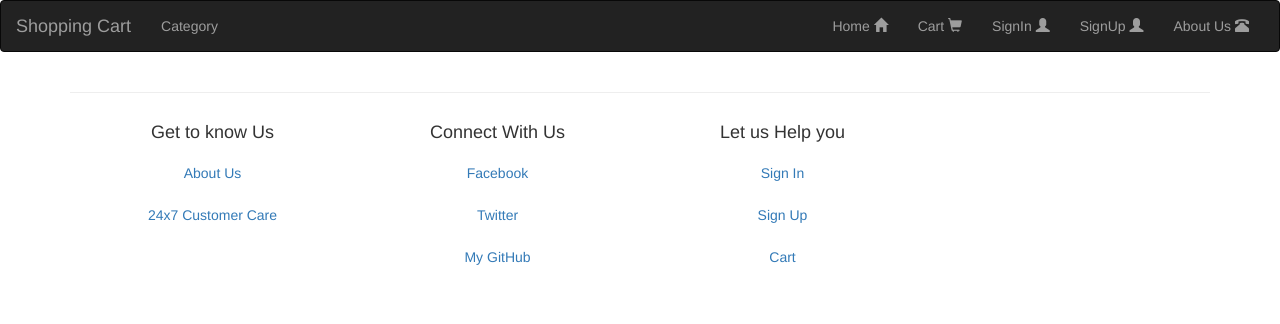
Repository: KaustubhKamat/ShoppingCartProject
Page: http://localhost/NewShoppingCart/WEB-INF/views/Home.jsp
These files come from the project's save history. The page is drawn as it stood at one moment and after the next save; the edit follows.
The browser window is 1280 px wide. The pictures show the whole page.
Some web libraries are served in a nearby version. The page is served by Tomcat 9. Nobody is signed in. Other server files are loaded and not shown. The template is opened directly, without the code that normally fills it, so the values that code supplies are empty.

Above is the page before, as saved 2017-01-16 08:37:14.

### NewShoppingCart/src/main/webapp/WEB-INF/views/Home.jsp
<%@ page language="java" contentType="text/html; charset=ISO-8859-1"
	pageEncoding="ISO-8859-1"%>
<%@ taglib uri="http://java.sun.com/jsp/jstl/core" prefix="c"%>

<!DOCTYPE html PUBLIC "-//W3C//DTD HTML 4.01 Transitional//EN" "http://www.w3.org/TR/html4/loose.dtd">
<html>
<head>
<link rel="stylesheet"
	href="https://maxcdn.bootstrapcdn.com/bootstrap/3.3.7/css/bootstrap.min.css">
<script
	src="https://ajax.googleapis.com/ajax/libs/jquery/3.1.1/jquery.min.js"></script>
<script
	src="https://maxcdn.bootstrapcdn.com/bootstrap/3.3.7/js/bootstrap.min.js"></script>

<style>
body {
	font-family: sans-serif;
	font-size: medium;
	background-color: white;
}

.navbar-default {
	background-color: #F75D59;
}

h4 {
	font-family: sans-serif;
	font-size: medium;
	font-weight: bold;
}
</style>
</head>
<body>



	<jsp:include page="NavBar.jsp"></jsp:include>

	<c:if test="${carousaltobedisplayed==true}">
		<jsp:include page="Carousel.jsp"></jsp:include>
	</c:if>


	<c:if test="${UserHasClickedLogin==true}">
		<jsp:include page="Login.jsp"></jsp:include>
	</c:if>

	<c:if test="${UserhasclickedLogout==true}">
		<jsp:include page="Home.jsp"></jsp:include>
	</c:if>

	<c:if test="${UserhasclickedAboutUs==true}">
		<jsp:include page="AboutUs.jsp"></jsp:include>
	</c:if>

	<c:if test="${UserHasClickedRegister==true}">
		<jsp:include page="Registration.jsp"></jsp:include>
	</c:if>

	<c:if test="${isAdmin==true}">
		<jsp:include page="Admin_home.jsp"></jsp:include>
	</c:if>


	<c:if test="${validate}">
	</c:if>
	${ErrorMessage}

	<c:if test="${ not empty ErrorMessage}">
		<jsp:include page="Registration.jsp"></jsp:include>
	</c:if>

	<!-- Categories Related -->

	<c:if test="${adminHasClickedManageCategories==true}">
		<jsp:include page="ManageCategory.jsp"></jsp:include>
	</c:if>

	<c:if test="${AdminHasClickedAddCategory==true}">
		<jsp:include page="AddCategory.jsp"></jsp:include>
	</c:if>

	<c:choose>
	<c:when test="${SuccessSaveMessage}">
	The Category is Successfully Created
	</c:when>


	</c:choose>


	<c:if test="${AdminHasClickedUpdateCategory==true}">
		<jsp:include page="UpdateCategory.jsp"></jsp:include>
	</c:if>

	<c:if test="${AdminHasClickedDeleteCategory==true}">
		<jsp:include page="DeleteCategory.jsp"></jsp:include>
	</c:if>

	<!-- Supplier Related -->
	<c:if test="${adminhasclickedManageSuppliers==true}">
		<jsp:include page="ManageSupplier.jsp"></jsp:include>
	</c:if>

	<c:if test="${AdminHasClickedAddSupplier==true}">
		<jsp:include page="AddSupplier.jsp"></jsp:include>
	</c:if>

	<c:if test="${AdminHasClickedUpdateSupplier==true}">
		<jsp:include page="UpdateSupplier.jsp"></jsp:include>
	</c:if>

	<c:if test="${AdminHasClickedDeleteSupplier==true}">
		<jsp:include page="DeleteSupplier.jsp"></jsp:include>
	</c:if>

<c:if test="${adminHasClickedManageProducts==true}">
		<jsp:include page="ManageProduct.jsp"></jsp:include>
	</c:if>






	<jsp:include page="Footer.jsp"></jsp:include>



</body>
</html>

### NewShoppingCart/src/main/webapp/WEB-INF/views/NavBar.jsp
<%@ page language="java" contentType="text/html; charset=ISO-8859-1"
	pageEncoding="ISO-8859-1"%>
<%@ taglib uri="http://java.sun.com/jsp/jstl/core" prefix="c"%>
<!DOCTYPE html PUBLIC "-//W3C//DTD HTML 4.01 Transitional//EN" "http://www.w3.org/TR/html4/loose.dtd">
<html>
<head>
<meta http-equiv="Content-Type" content="text/html; charset=ISO-8859-1">
<title>Insert title here</title>
</head>
<style>
.navbar-default {
	background-color: #F75D59;
	font-size: medium;
}

.dropdown-menu>li>a:hover {
	background-color: silver;;
	background-image: none;
}
.LoggedInUser{
color: white;

}
</style>
<body>

	<nav class="navbar navbar-inverse">
	<div class="container-fluid">
		<div class="navbar-header">
			<button type="button" class="navbar-toggle collapsed"
				data-toggle="collapse" data-target="#bs-example-navbar-collapse-1"
				aria-expanded="false">
				<span class="sr-only">Toggle navigation</span> <span
					class="icon-bar"></span> <span class="icon-bar"></span> <span
					class="icon-bar"></span>
			</button>
			<a class="navbar-brand" href="Home">Shopping Cart</a>
			<ul class="nav navbar-nav navbar-right">
				<li><a href="CategoryList">Category</a>
				<%-- <li class="active"><a href=>Link <span class="sr-only">(current)</span></a></li>
				<c:forEach items="${categoryList}" var="category">
				<li class="dropdown"><a href="#" class="dropdown-toggle"
					data-toggle="dropdown" >${category.name} <span
						class="caret"></span></a>
					<ul class="dropdown-menu" role="menu">
					<c:forEach items="${category.products}" var="product">
						<li><a href="/AddProduct/getList?pid=${product.id}">${product.name}</a></li>

						</c:forEach>
					</ul> </li>
					</c:forEach>  --%>
		</li>
		</ul>
		</div>

		<!-- Collect the nav links, forms, and other content for toggling -->
		<div class="collapse navbar-collapse"
			id="bs-example-navbar-collapse-1">
			<ul class="nav navbar-nav">

			</ul>
			<form class="navbar-form navbar-left">


			</form>
			<ul class="nav navbar-nav navbar-right">
				<li><a href="Home">Home <span
						class="glyphicon glyphicon-home"></span></a>
				<li><a href="Cart">Cart <span
						class="glyphicon glyphicon-shopping-cart"></span></a></li>

				<c:if test="${not empty LoggedInUser}">
					<li>Welcome ${LoggedInUser}</li>
				</c:if>
				<c:if test="${empty LoggedInUser}">
					<li><a href="login">SignIn <span
							class="glyphicon glyphicon-user"></span></a></li>
				</c:if>


				<%-- <c:choose>
						<c:when test="${empty LoggedInUser}">
							<li><a href="login">SignIn <span class="glyphicon glyphicon-user"></span></a></li>
						</c:when>
						<c:otherwise>
							<li>${LoggedInUser}</li>
						</c:otherwise>
						</c:choose>  --%>

				<c:if test="${empty LoggedInUser}">
					<li><a href="Register">SignUp <span
							class="glyphicon glyphicon-user"></span></a></li>
				</c:if>
				<c:if test="${not empty LoggedInUser}">
					<li><a href="Logout">Logout</a></li>
				</c:if>

				<%-- <c:choose>
						<c:when test="${empty LoggedInUser} }">
						<li><a href="Register">SignUp </a></li>
						</c:when>
						<c:otherwise>
						<li><a href="Logout">LogOut </a></li>
						</c:otherwise>
						</c:choose>   --%>


				<li><a href="AboutUs">About Us <span
						class="glyphicon glyphicon-phone-alt"></span></a></li>

			</ul>

		</div>
		<!-- /.navbar-collapse -->
	</div>
	<!-- /.container-fluid --> </nav>


</body>
</html>

### NewShoppingCart/src/main/webapp/WEB-INF/views/Footer.jsp
<%@ page language="java" contentType="text/html; charset=ISO-8859-1"
	pageEncoding="ISO-8859-1"%>
<!DOCTYPE html PUBLIC "-//W3C//DTD HTML 4.01 Transitional//EN" "http://www.w3.org/TR/html4/loose.dtd">
<html>
<head>
<link rel="stylesheet"
	href="https://maxcdn.bootstrapcdn.com/bootstrap/3.3.7/css/bootstrap.min.css">
<script
	src="https://ajax.googleapis.com/ajax/libs/jquery/3.1.1/jquery.min.js"></script>
<script
	src="https://maxcdn.bootstrapcdn.com/bootstrap/3.3.7/js/bootstrap.min.js"></script>
<meta http-equiv="Content-Type" content="text/html; charset=ISO-8859-1">
<title>Insert title here</title>
</head>
<body>
	<div class="container text-center">
		<hr />
		<div class="row">
			<div class="col-lg-12">
				<div class="col-md-3">
					<h4>Get to know Us</h4>
					<ul class="nav nav-pills nav-stacked">
						<li><a href="AboutUs">About Us</a></li>
						<li><a href="AboutUs">24x7 Customer Care</a></li>
					</ul>
				</div>
				<div class="col-md-3">
					<h4>Connect With Us</h4>
					<ul class="nav nav-pills nav-stacked">
						<li><a href="http://www.facebook.com">Facebook</a></li>
						<li><a href="http://twitter.com">Twitter</a></li>
						<li><a
							href="http://github.com/KaustubhKamat/ShoppingCartProject">My
								GitHub</a></li>

					</ul>
				</div>
				<div class="col-md-3">
					<h4>Let us Help you</h4>
					<ul class="nav nav-pills nav-stacked">
						<li><a href="login">Sign In</a></li>
						<li><a href="Register">Sign Up</a></li>
						<li><a href="Cart">Cart</a></li>

					</ul>
				</div>
			</div>
		</div>
	</div>
</body>
</html>

After the next save:
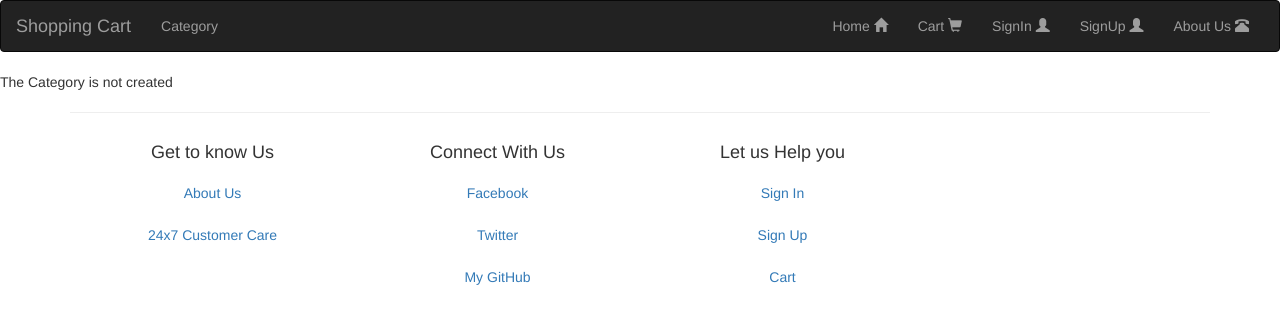
Saved 27 s later.
--- a/NewShoppingCart/src/main/webapp/WEB-INF/views/Home.jsp
+++ b/NewShoppingCart/src/main/webapp/WEB-INF/views/Home.jsp
@@ -84,7 +84,9 @@
 	<c:when test="${SuccessSaveMessage}">
 	The Category is Successfully Created
 	</c:when>
-
+	<c:otherwise>
+	The Category is not created
+	</c:otherwise>
 
 	</c:choose>
 
